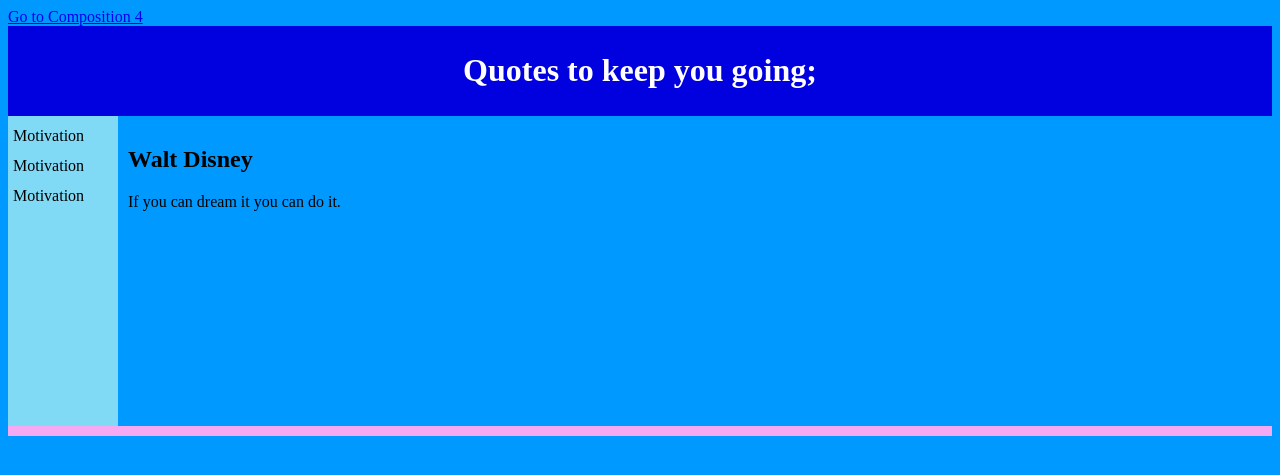
Repository: dominiquedevito/dominiquedevito.github.io
Page: 5compositions/composition3.html
The author's editor kept a record of every edit. The page is drawn from the files as they stood at one moment, then again after the next edit.
The browser window is 1280 px wide. The pictures show the whole page.

Above is the page before.

After the next edit:
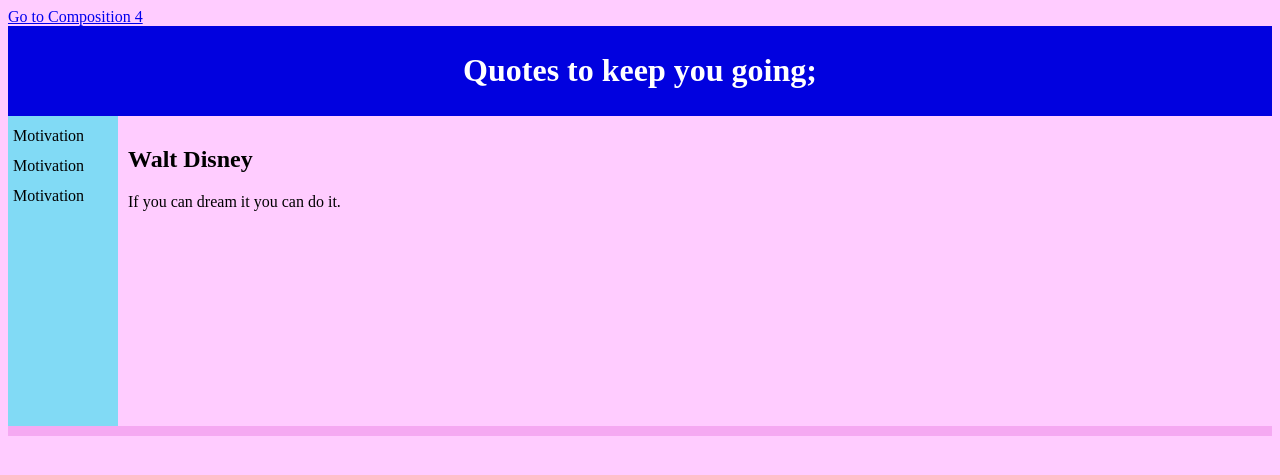
The edit:
--- a/5compositions/composition3.html
+++ b/5compositions/composition3.html
@@ -5,7 +5,7 @@
 	</head>
 	<link href="3styles.css" rel="stylesheet">
 	<body>
-<body bgcolor="#0099FF">
+<body bgcolor="#FFCCFF">
 	<a href="composition4.html">Go to Composition 4</a>
 
 <div id="header">
